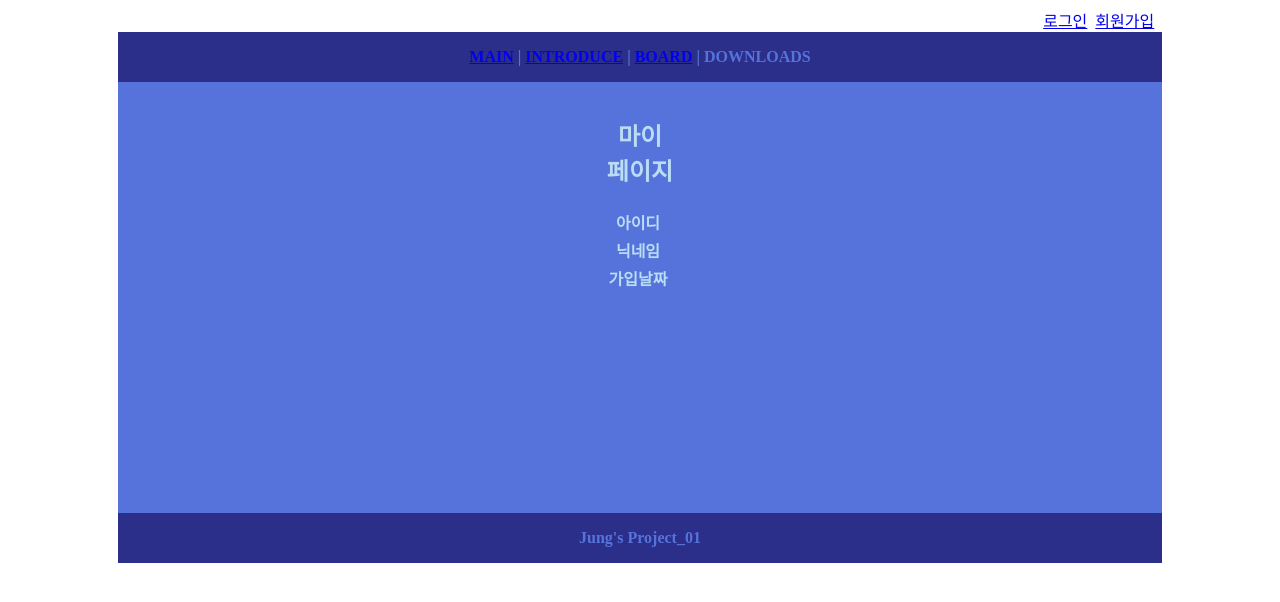
Repository: asas6306/Jungs_
Page: http://localhost/Board-Project1/WEB-INF/JSP/mypage.jsp
An editor plug-in stored every save of this project. The page is shown before and after the next save, followed by the edit.
The browser window is 1280 px wide. The pictures show the whole page.
The page is served by Tomcat 9. Nobody is signed in. Other server files are loaded and not shown. The template is opened directly, without the code that normally fills it, so the values that code supplies are empty.

Above is the page before, as saved 2021-01-14 07:07:12.

### Board-Project1/WebContent/WEB-INF/JSP/mypage.jsp
<%@ page language="java" contentType="text/html; charset=UTF-8"
    pageEncoding="UTF-8"%>
<jsp:include page="/layout/header.jsp" />

<table>
<caption><h2>마이 페이지</h2></caption>
	<tr>
		<th>아이디</th>
		<td>${m.ID}</td>
	</tr>
	<tr>
		<th>닉네임</th>
		<td>${m.nickname}</td>
	</tr>
	<tr>
		<th>가입날짜</th>
		<td>${m.date}</td>
	</tr>
	<tr>
		<td colspan="2"></td>
	</tr>
</table>

<jsp:include page="/layout/footer.jsp" />

### Board-Project1/WebContent/layout/header.jsp
<%@ page language="java" contentType="text/html; charset=UTF-8"
	pageEncoding="UTF-8"%>
<%@ taglib prefix="c" uri="http://java.sun.com/jsp/jstl/core" %>
<!DOCTYPE html>
<html>
<head>
<meta charset="UTF-8">
<title>Jung's Board Project_01</title>
<link rel="stylesheet" type="text/css" href="/Board-Project1/layout/layout.css">
</head>
<body>
	<div align="center">
		<div style="width: 82%" align="right">
			<c:choose>
				<c:when test="${m.state}">
				<a>${m.nickname}님 환영합니다!</a>&nbsp
					<a href="/Board-Project1/member.do?action=doLogout">로그아웃</a>&nbsp
					<a href="/Board-Project1/member.do?action=mypage">마이페이지</a>&nbsp
				</c:when>
				<c:when test="${!m.state}">
					<a href="/Board-Project1/member.do?action=login">로그인</a>&nbsp
					<a href="/Board-Project1/member.do?action=signup">회원가입</a>&nbsp
				</c:when>
			</c:choose>
		</div>
		<div class="header" align="center">
		<a href="/Board-Project1/main.do">MAIN</a>
		 |
		<a href="/Board-Project1/main.do?action=introduce">INTRODUCE</a>
		 |
		<a href="/Board-Project1/article.do?action=list">BOARD</a>
		 |
		DOWNLOADS
		</div>
	<div class="main" align="center">
		<!-- haeder -->

### Board-Project1/WebContent/layout/footer.jsp

<!-- footer -->
</div>
<div class="footer" align="center">Jung's Project_01</div>
</div>
</body>
</html>

### Board-Project1/WebContent/layout/layout.css
@charset "UTF-8";

.headertop {
	width: 80%;
}

.header, .footer {
	width: 80%;
	padding: 1em;
	background: #2C2F8A;
	color: #5673DB;
	font: sans-serif;
	font-weight: bold;
}

.main {
	width: 80%;
	padding: 1em;
	min-height: 400px;
	padding-top: 15px;
	background: #5673DB;
	color: #BADCF5;
}

.table {
	border: 2px thin;
	border-color: #2C2F8A;
	font: sans-serif;
	font-style: normal;
	color: #2C2F8A;
}

After the next save:
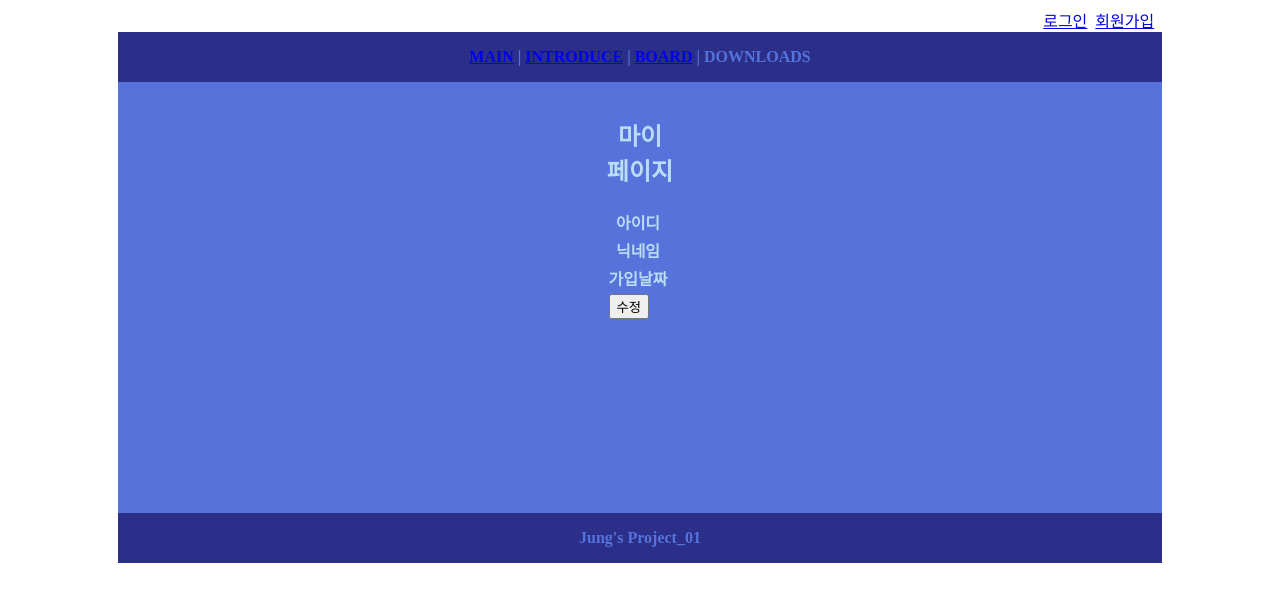
Saved 43 s later.
--- a/Board-Project1/WebContent/WEB-INF/JSP/mypage.jsp
+++ b/Board-Project1/WebContent/WEB-INF/JSP/mypage.jsp
@@ -17,7 +17,9 @@
 		<td>${m.date}</td>
 	</tr>
 	<tr>
-		<td colspan="2"></td>
+		<td colspan="2">
+			<input type="button" value="수정">
+		</td>
 	</tr>
 </table>
 
